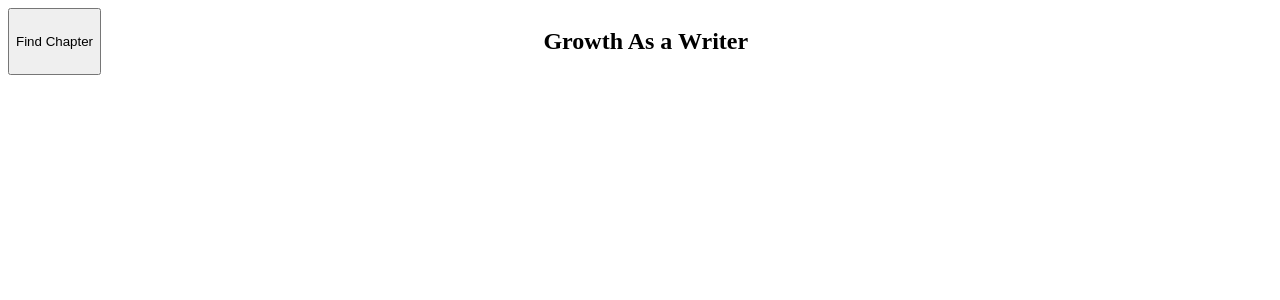
Repository: jpaisiem/WP-4
Page: index.html
These files come from the project's save history. The page is drawn as it stood at one moment and after the next save; the edit follows.
The browser window is 1280 px wide. The pictures show the whole page.

Above is the page before, as saved 2025-04-29 11:51:54.

### index.html
<!DOCTYPE html>
<html>
<head>
<meta name="viewport" content="width=device-width, initial-scale=1">
<style>
    bof
/* Popup container - can be anything you want */
.popup {
  position: relative;
  display: inline-block;
  cursor: pointer;
  -webkit-user-select: none;
  -moz-user-select: none;
  -ms-user-select: none;
  user-select: none;
  text-align: left;
  background-color: lightgray;
}

/* The actual popup */
.popup .popuptext {
  visibility: hidden;
  width: fit-content;
  background-color: #555;
  color: #fff;
  text-align: left;
  border-radius: 6px;
  padding: 8px 0;
  position: absolute;
  z-index: 1;
  bottom: 125%;
  left: 50%;
  margin-left: -80px;
}

/* Popup arrow */
.popup .popuptext::after {
  content: "";
  position: absolute;
  top: 100%;
  left: 50%;
  margin-left: -5px;
  border-width: 5px;
  border-style: solid;
  border-color: #555 transparent transparent transparent;
}

/* Toggle this class - hide and show the popup */
.popup .show {
  visibility: visible;
  -webkit-animation: fadeIn 1s;
  animation: fadeIn 1s;
}

/* Add animation (fade in the popup) */
@-webkit-keyframes fadeIn {
  from {opacity: 0;}
  to {opacity: 1;}
}

@keyframes fadeIn {
  from {opacity: 0;}
  to {opacity:1 ;}
}
</style>
</head>
<body style="text-align:center">



<div class="popup" onclick="myFunction()" style=" text-align: left; display: flex; flex-direction: row;"><button style="margin-right: 35%">Find Chapter</button><h2>Growth As a Writer</h2>
  <span class="popuptext" id="myPopup"> <table>
    <tr>
      <td><a href="#">Chapter 1</a></td>
      <td><a href="#">Chapter 2</a></td>
      <td><a href="#">Chapter 3</a></td>
    </tr>
    <tr>
      <td><a href="#">Chapter 4</a></td>
      <td><a href="#">Chapter 5</a></td>
      <td><a href="#">Chapter 6</a></td>
    </tr>
  </table></span>
</div>

<script>
// When the user clicks on div, open the popup
function myFunction() {
  var popup = document.getElementById("myPopup");
  popup.classList.toggle("show");
}
</script>

</body>
</html>

After the next save:
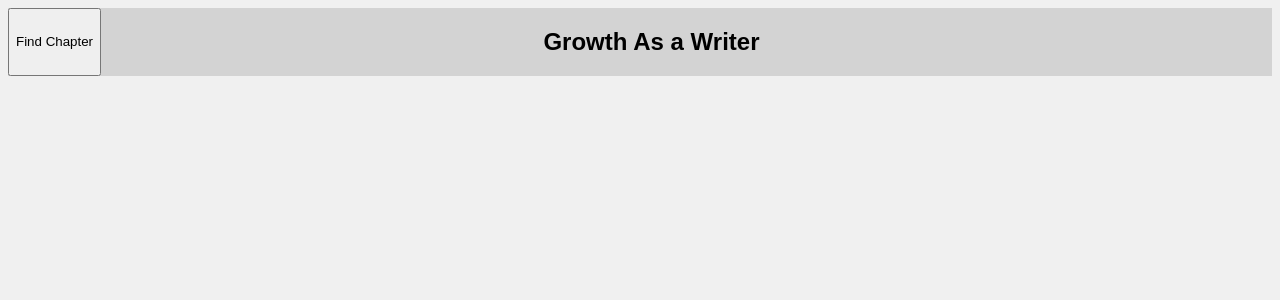
Saved 4 s later.
--- a/index.html
+++ b/index.html
@@ -3,7 +3,10 @@
 <head>
 <meta name="viewport" content="width=device-width, initial-scale=1">
 <style>
-    bof
+    body{
+        background-color: #f0f0f0;
+        font-family: Arial, sans-serif;
+    }
 /* Popup container - can be anything you want */
 .popup {
   position: relative;
